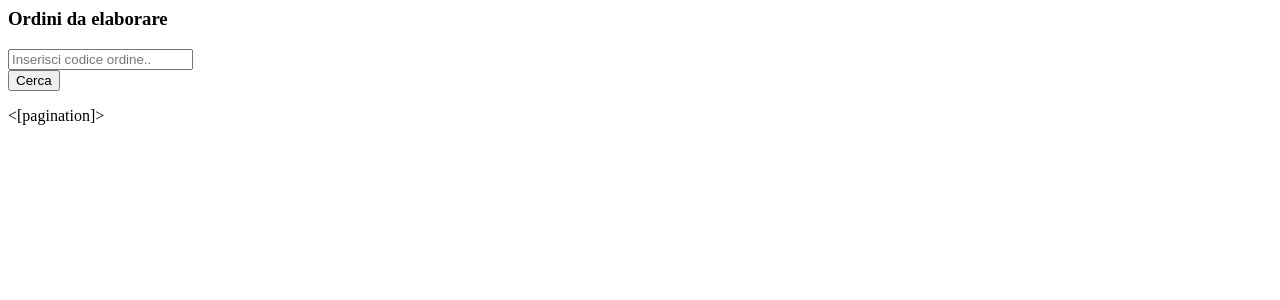
Repository: i4c0ni99/MotorShop
Page: skins/multikart_all_in_one/back-end/order.html
These files come from the project's save history. The page is drawn as it stood at one moment and after the next save; the edit follows.
The browser window is 1280 px wide. The pictures show the whole page.

Above is the page before, as saved 2024-10-21 18:08:58.

### skins/multikart_all_in_one/back-end/order.html
<body>
    <div class="page-body">
        <!-- Container-fluid starts-->
        <div class="container-fluid">
            <div class="page-header">
                <div class="row">
                    <div class="col-lg-6">
                        <div class="page-header-left">
                            <h3>Ordini da elaborare</h3>
                        </div>
                    </div>
                </div>
            </div>
        </div>
        <!-- Container-fluid Ends-->

        <!-- Container-fluid starts-->
        <div class="container-fluid">
            <div class="row">
                <div class="col-sm-12">
                    <div class="card">
                        <div class="card-header">
                            <form class="form-inline search-form search-box" method="get" action="/MotorShop/orders-list.php">
                                <div class="row">
                                    <div class="col-md-9">
                                        <input class="form-control" type="text" name="orderNumber" placeholder="Inserisci codice ordine.." pattern="\d{5}" title="Inserisci un numero d'ordine di 5 cifre">
                                    </div>
                                    <div class="col-md-3">
                                        <button class="btn btn-primary btn-block" type="submit">Cerca</button>
                                    </div>
                                </div>
                            </form>
                        </div>

































                            <!-- Sezione per la paginazione -->
                            <div class="pagination">
                                <[pagination]>
                            </div>
                        </div>

                    </div>
                </div>
            </div>
        </div>
        <!-- Container-fluid Ends-->
    </div>
</body>
</html>

After the next save:
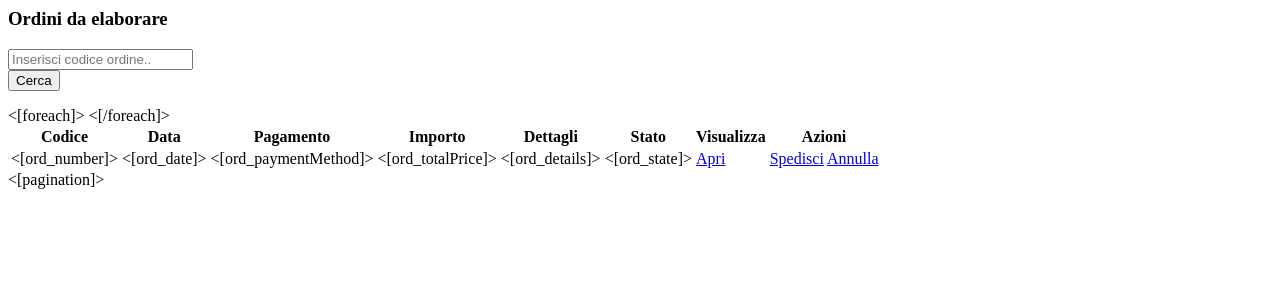
Saved 4 s later.
--- a/skins/multikart_all_in_one/back-end/order.html
+++ b/skins/multikart_all_in_one/back-end/order.html
@@ -32,37 +32,41 @@
                             </form>
                         </div>
 
-
-
-
-
-
-
-
-
-
-
-
-
-
-
-
-
-
-
-
-
-
-
-
-
-
-
-
-
-
-
-
+                        <div class="card-body">
+                            <div class="table-responsive table-desi">
+                                <table class="display table table-striped" id="basic-1">
+                                    <thead>
+                                        <tr>
+                                            <th>Codice</th>
+                                            <th>Data</th>
+                                            <th>Pagamento</th>
+                                            <th>Importo</th>
+                                            <th>Dettagli</th>
+                                            <th>Stato</th>
+                                            <th>Visualizza</th>
+                                            <th>Azioni</th>
+                                        </tr>
+                                    </thead>
+                                    <tbody>
+                                        <[foreach]>
+                                        <tr data-row-id="<[ord_number]>">
+                                            <td><[ord_number]></td>
+                                            <td><[ord_date]></td>
+                                            <td><[ord_paymentMethod]></td>
+                                            <td><[ord_totalPrice]></td>
+                                            <td><[ord_details]></td>
+                                            <td><[ord_state]></td>
+                                            <td><a href="/MotorShop/my-orders.php?id=<[ord_id]>" class="btn btn-primary">Apri</a></td>
+                                            <td>
+                                                <a href="/MotorShop/orders-list.php?id=<[ord_id]>" class="btn btn-primary">Spedisci</a>
+                                                <a href="/MotorShop/orders-list.php?action=cancel&id=<[ord_id]>" class="btn btn-danger">Annulla</a>
+                                            </td>
+                                        </tr>
+                                        <[/foreach]>
+                                    </tbody>
+                                </table>
+                            </div>
+                        </div>
 
                             <!-- Sezione per la paginazione -->
                             <div class="pagination">
